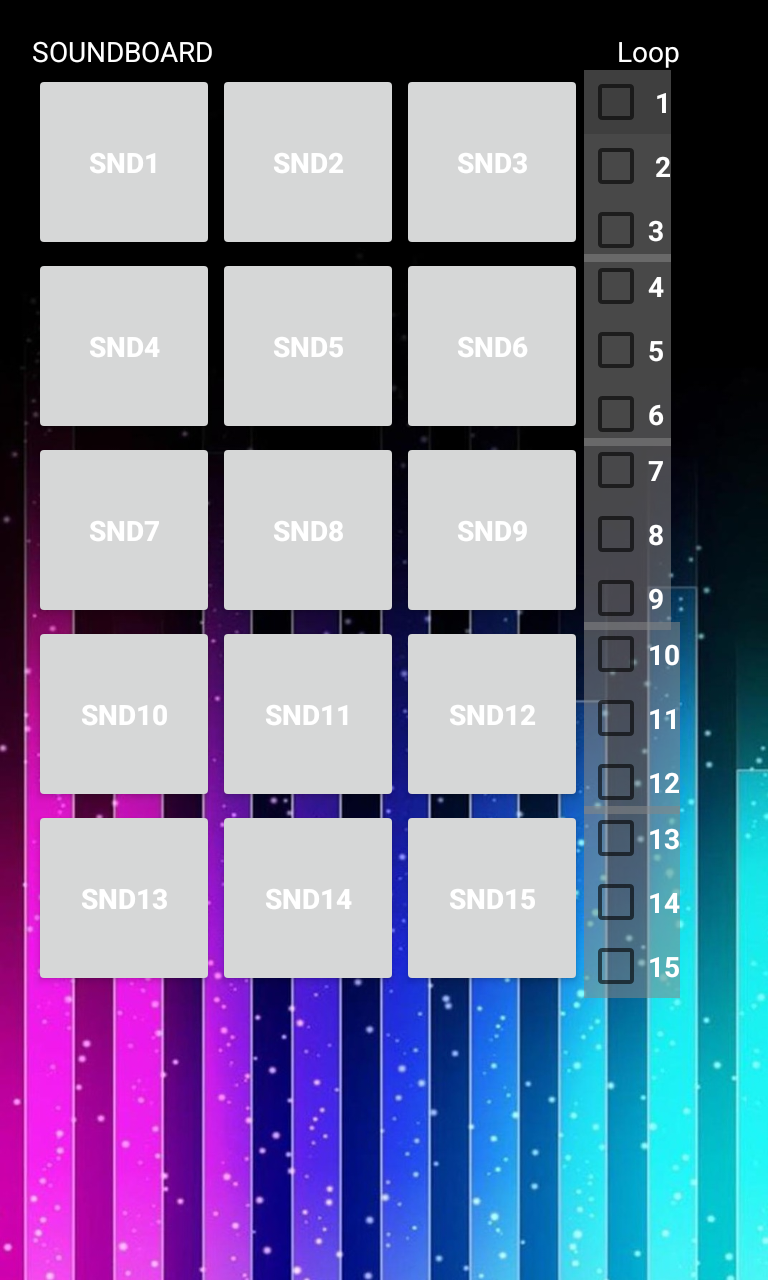
Repository: SoundBoardJAMJ/Project
Layout: workspace/SoundBoard/res/layout/defboard.xml
These files come from the project's save history. The layout is drawn as it stood at one moment and after the next save; the edit follows.
It is drawn on a 768 x 1280 px phone screen (xhdpi) without system bars, with theme AppTheme; the app's code is not run.

Above is the layout before, as saved 2014-05-02 07:28:21.

### workspace/SoundBoard/res/layout/defboard.xml
<ScrollView xmlns:android="http://schemas.android.com/apk/res/android"
xmlns:tools="http://schemas.android.com/tools"
android:layout_width="match_parent"
android:background="@drawable/image1"
android:layout_height="match_parent" >

<RelativeLayout
    android:layout_width="match_parent"
    android:layout_height="600dp"
    android:paddingBottom="@dimen/activity_vertical_margin"
    android:paddingLeft="@dimen/activity_horizontal_margin"
    android:paddingRight="@dimen/activity_horizontal_margin"
    android:paddingTop="@dimen/activity_vertical_margin"
    tools:context="com.example.soundtest.DefBoard$PlaceholderFragment" >

    <TextView
        android:id="@+id/textView1"
        android:layout_width="wrap_content"
        android:layout_height="wrap_content"
        android:textColor="@android:color/white"
        android:alpha="1.0"
        android:text="SOUNDBOARD" />

    <Button
        android:id="@+id/button1"
        android:layout_width="92dp"
        android:layout_height="92dp"
        android:layout_alignLeft="@+id/textView1"
        android:layout_below="@+id/textView1"
        android:onClick="ButtonOnClick"
        android:textColor="@android:color/white"
        android:alpha="1.0"
        android:textStyle="bold"
        android:text="snd1" />

    <Button
        android:id="@+id/button3"
        android:layout_width="92dp"
        android:layout_height="92dp"
        android:layout_alignBaseline="@+id/button2"
        android:layout_alignBottom="@+id/button2"
        android:layout_toRightOf="@+id/button2"
        android:onClick="ButtonOnClick"
        android:textColor="@android:color/white"
        android:alpha="1.0"
        android:textStyle="bold"
        android:text="snd3" />

    <Button
        android:id="@+id/button2"
        android:layout_width="92dp"
        android:layout_height="92dp"
        android:layout_alignBaseline="@+id/button1"
        android:layout_alignBottom="@+id/button1"
        android:layout_toRightOf="@+id/button1"
        android:onClick="ButtonOnClick"
        android:textColor="@android:color/white"
        android:alpha="1.0"
        android:textStyle="bold"
        android:text="snd2" />

    <Button
        android:id="@+id/button8"
        android:layout_width="92dp"
        android:layout_height="92dp"
        android:layout_alignBaseline="@+id/button7"
        android:layout_alignBottom="@+id/button7"
        android:layout_toRightOf="@+id/button4"
        android:onClick="ButtonOnClick"
        android:textColor="@android:color/white"
        android:alpha="1.0"
        android:textStyle="bold"
        android:text="snd8" />

    <Button
        android:id="@+id/button7"
        android:layout_width="92dp"
        android:layout_height="92dp"
        android:layout_below="@+id/button4"
        android:layout_toLeftOf="@+id/button8"
        android:onClick="ButtonOnClick"
        android:textColor="@android:color/white"
        android:alpha="1.0"
        android:textStyle="bold"
        android:text="snd7" />

    <Button
        android:id="@+id/button6"
        android:layout_width="92dp"
        android:layout_height="92dp"
        android:layout_alignBaseline="@+id/button5"
        android:layout_alignBottom="@+id/button5"
        android:layout_toRightOf="@+id/button5"
        android:onClick="ButtonOnClick"
        android:textColor="@android:color/white"
        android:alpha="1.0"
        android:textStyle="bold"
        android:text="snd6" />

    <Button
        android:id="@+id/button9"
        android:layout_width="92dp"
        android:layout_height="92dp"
        android:layout_alignBaseline="@+id/button8"
        android:layout_alignBottom="@+id/button8"
        android:layout_alignLeft="@+id/button6"
        android:onClick="ButtonOnClick"
        android:textColor="@android:color/white"
        android:alpha="1.0"
        android:textStyle="bold"
        android:text="snd9" />

    <Button
        android:id="@+id/button5"
        android:layout_width="92dp"
        android:layout_height="92dp"
        android:layout_below="@+id/button1"
        android:layout_toRightOf="@+id/button1"
        android:onClick="ButtonOnClick"
        android:textColor="@android:color/white"
        android:alpha="1.0"
        android:textStyle="bold"
        android:text="snd5" />

    <Button
        android:id="@+id/button10"
        android:layout_width="92dp"
        android:layout_height="92dp"
        android:layout_alignParentLeft="true"
        android:layout_below="@+id/button7"
        android:onClick="ButtonOnClick"
        android:textColor="@android:color/white"
        android:alpha="1.0"
        android:textStyle="bold"
        android:text="snd10" />

    <Button
        android:id="@+id/button11"
        android:layout_width="92dp"
        android:layout_height="92dp"
        android:layout_alignBaseline="@+id/button10"
        android:layout_alignBottom="@+id/button10"
        android:layout_toRightOf="@+id/button10"
        android:onClick="ButtonOnClick"
        android:textColor="@android:color/white"
        android:alpha="1.0"
        android:textStyle="bold"
        android:text="snd11" />

    <Button
        android:id="@+id/button13"
        android:layout_width="92dp"
        android:layout_height="92dp"
        android:layout_alignParentLeft="true"
        android:layout_below="@+id/button10"
        android:onClick="ButtonOnClick"
        android:textColor="@android:color/white"
        android:alpha="1.0"
        android:textStyle="bold"
        android:text="snd13" />

    <Button
        android:id="@+id/button14"
        android:layout_width="92dp"
        android:layout_height="92dp"
        android:layout_below="@+id/button10"
        android:layout_toLeftOf="@+id/button12"
        android:alpha="1.0"
        android:onClick="ButtonOnClick"
        android:text="snd14"
        android:textColor="@android:color/white"
        android:textStyle="bold" />

    <Button
        android:id="@+id/button15"
        android:layout_width="92dp"
        android:layout_height="92dp"
        android:layout_below="@+id/button11"
        android:layout_toRightOf="@+id/button14"
        android:alpha="1.0"
        android:onClick="ButtonOnClick"
        android:text="snd15"
        android:textColor="@android:color/white"
        android:textStyle="bold" />

    <Button
        android:id="@+id/button12"
        android:layout_width="92dp"
        android:layout_height="92dp"
        android:layout_below="@+id/button8"
        android:layout_toRightOf="@+id/button11"
        android:onClick="ButtonOnClick"
        android:textColor="@android:color/white"
        android:alpha="1.0"
        android:textStyle="bold"
        android:text="snd12" />

    <Button
        android:id="@+id/button4"
        android:layout_width="92dp"
        android:layout_height="92dp"
        android:layout_alignBaseline="@+id/button5"
        android:layout_alignBottom="@+id/button5"
        android:layout_toLeftOf="@+id/button5"
        android:onClick="ButtonOnClick"
        android:textColor="@android:color/white"
        android:alpha="1.0"
        android:textStyle="bold"
        android:text="snd4" />

    <CheckBox
        android:id="@+id/checkBox1"
        android:layout_width="wrap_content"
        android:layout_height="wrap_content"
        android:layout_alignTop="@+id/button3"
        android:layout_toRightOf="@+id/button3"
        android:alpha="1.0"
        android:onClick="TogOnClick"
        android:text=" 1"
        android:background="#88777777"
        android:textColor="@android:color/white"
        android:textStyle="bold" />

    <CheckBox
        android:id="@+id/checkBox2"
        android:layout_width="wrap_content"
        android:layout_height="wrap_content"
        android:layout_below="@+id/checkBox1"
        android:layout_toRightOf="@+id/button3"
        android:onClick="TogOnClick"
        android:textColor="@android:color/white"
        android:alpha="1.0"
        android:textStyle="bold"
        android:background="#88888888"
        android:text=" 2" />

    <CheckBox
        android:id="@+id/checkBox3"
        android:layout_width="wrap_content"
        android:layout_height="wrap_content"
        android:layout_alignLeft="@+id/checkBox2"
        android:layout_below="@+id/checkBox2"
        android:onClick="TogOnClick"
        android:textColor="@android:color/white"
        android:alpha="1.0"
        android:textStyle="bold"
        android:background="#88888888"
        android:text="3 " />

    <CheckBox
        android:id="@+id/checkBox4"
        android:layout_width="wrap_content"
        android:layout_height="wrap_content"
        android:layout_alignTop="@+id/button6"
        android:layout_toRightOf="@+id/button6"
        android:onClick="TogOnClick"
        android:textColor="@android:color/white"
        android:alpha="1.0"
        android:textStyle="bold"
        android:background="#88888888"
        android:text="4 " />

    <CheckBox
        android:id="@+id/checkBox5"
        android:layout_width="wrap_content"
        android:layout_height="wrap_content"
        android:layout_below="@+id/checkBox4"
        android:layout_toRightOf="@+id/button6"
        android:onClick="TogOnClick"
        android:textColor="@android:color/white"
        android:alpha="1.0"
        android:textStyle="bold"
        android:background="#88888888"
        android:text="5 " />

    <CheckBox
        android:id="@+id/checkBox6"
        android:layout_width="wrap_content"
        android:layout_height="wrap_content"
        android:layout_below="@+id/checkBox5"
        android:layout_toRightOf="@+id/button6"
        android:onClick="TogOnClick"
        android:textColor="@android:color/white"
        android:alpha="1.0"
        android:background="#88888888"
        android:textStyle="bold"
        android:text="6 " />

    <CheckBox
        android:id="@+id/checkBox7"
        android:layout_width="wrap_content"
        android:layout_height="wrap_content"
        android:layout_alignTop="@+id/button9"
        android:layout_toRightOf="@+id/button9"
        android:onClick="TogOnClick"
        android:textColor="@android:color/white"
        android:alpha="1.0"
        android:textStyle="bold"
        android:background="#88888888"
        android:text="7 " />

    <CheckBox
        android:id="@+id/checkBox8"
        android:layout_width="wrap_content"
        android:layout_height="wrap_content"
        android:layout_below="@+id/checkBox7"
        android:layout_toRightOf="@+id/button9"
        android:onClick="TogOnClick"
        android:textColor="@android:color/white"
        android:alpha="1.0"
        android:textStyle="bold"
        android:background="#88888888"
        android:text="8 " />

    <CheckBox
        android:id="@+id/checkBox9"
        android:layout_width="wrap_content"
        android:layout_height="wrap_content"
        android:layout_below="@+id/checkBox8"
        android:layout_toRightOf="@+id/button9"
        android:onClick="TogOnClick"
        android:textColor="@android:color/white"
        android:alpha="1.0"
        android:textStyle="bold"
        android:background="#88888888"
        android:text="9 " />

    <CheckBox
        android:id="@+id/checkBox10"
        android:layout_width="wrap_content"
        android:layout_height="wrap_content"
        android:layout_alignTop="@+id/button12"
        android:layout_toRightOf="@+id/button12"
        android:onClick="TogOnClick"
        android:textColor="@android:color/white"
        android:alpha="1.0"
        android:textStyle="bold"
        android:background="#88888888"
        android:text="10" />

    <CheckBox
        android:id="@+id/checkBox11"
        android:layout_width="wrap_content"
        android:layout_height="wrap_content"
        android:layout_below="@+id/checkBox10"
        android:layout_toRightOf="@+id/button12"
        android:onClick="TogOnClick"
        android:textColor="@android:color/white"
        android:alpha="1.0"
        android:textStyle="bold"
        android:background="#88888888"
        android:text="11" />

    <CheckBox
        android:id="@+id/checkBox12"
        android:layout_width="wrap_content"
        android:layout_height="wrap_content"
        android:layout_alignLeft="@+id/checkBox11"
        android:layout_below="@+id/checkBox11"
        android:onClick="TogOnClick"
        android:textColor="@android:color/white"
        android:alpha="1.0"
        android:textStyle="bold"
        android:background="#88888888"
        android:text="12" />

    <CheckBox
        android:id="@+id/checkBox13"
        android:layout_width="wrap_content"
        android:layout_height="wrap_content"
        android:layout_alignTop="@+id/button15"
        android:layout_toRightOf="@+id/button15"
        android:onClick="TogOnClick"
        android:textColor="@android:color/white"
        android:alpha="1.0"
        android:textStyle="bold"
        android:background="#88888888"
        android:text="13" />

    <CheckBox
        android:id="@+id/checkBox14"
        android:layout_width="wrap_content"
        android:layout_height="wrap_content"
        android:layout_below="@+id/checkBox13"
        android:layout_toRightOf="@+id/button15"
        android:onClick="TogOnClick"
        android:textColor="@android:color/white"
        android:alpha="1.0"
        android:background="#88888888"
        android:textStyle="bold"
        android:text="14" />

    <CheckBox
        android:id="@+id/checkBox15"
        android:layout_width="wrap_content"
        android:layout_height="wrap_content"
        android:layout_below="@+id/checkBox14"
        android:layout_toRightOf="@+id/button15"
        android:onClick="TogOnClick"
        android:textColor="@android:color/white"
        android:alpha="1.0"
        android:textStyle="bold"
        android:background="#88888888"
        android:text="15" />

    <TextView
        android:id="@+id/textView2"
        android:layout_width="wrap_content"
        android:layout_height="wrap_content"
        android:layout_alignBottom="@+id/textView1"
        android:layout_alignRight="@+id/checkBox10"
        android:textColor="@android:color/white"
        android:alpha="1.0"
        android:text="Loop" />

</RelativeLayout>
</ScrollView>

Loaded but not shown: workspace/SoundBoard/res/values/styles.xml (common file); workspace/SoundBoard/res/values-v11/styles.xml (common file); workspace/SoundBoard/res/values-v14/styles.xml (common file); workspace/SoundBoard/res/values/dimens.xml (common file); workspace/SoundBoard/res/values-w820dp/dimens.xml (common file)

After the next save:
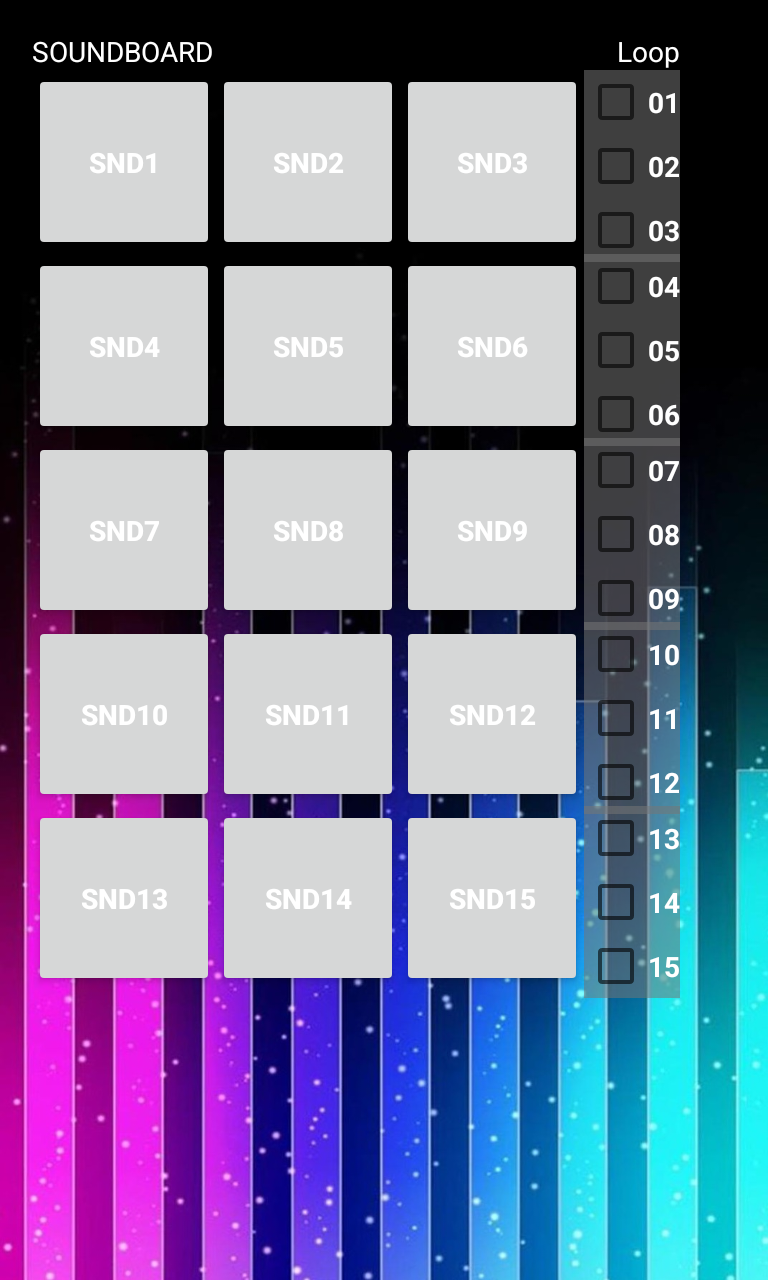
Saved 81 s later.
--- a/workspace/SoundBoard/res/layout/defboard.xml
+++ b/workspace/SoundBoard/res/layout/defboard.xml
@@ -216,7 +216,7 @@ android:layout_height="match_parent" >
         android:layout_toRightOf="@+id/button3"
         android:alpha="1.0"
         android:onClick="TogOnClick"
-        android:text=" 1"
+        android:text="01"
         android:background="#88777777"
         android:textColor="@android:color/white"
         android:textStyle="bold" />
@@ -231,8 +231,8 @@ android:layout_height="match_parent" >
         android:textColor="@android:color/white"
         android:alpha="1.0"
         android:textStyle="bold"
-        android:background="#88888888"
-        android:text=" 2" />
+        android:background="#88777777"
+        android:text="02" />
 
     <CheckBox
         android:id="@+id/checkBox3"
@@ -244,8 +244,8 @@ android:layout_height="match_parent" >
         android:textColor="@android:color/white"
         android:alpha="1.0"
         android:textStyle="bold"
-        android:background="#88888888"
-        android:text="3 " />
+        android:background="#88777777"
+        android:text="03" />
 
     <CheckBox
         android:id="@+id/checkBox4"
@@ -257,8 +257,8 @@ android:layout_height="match_parent" >
         android:textColor="@android:color/white"
         android:alpha="1.0"
         android:textStyle="bold"
-        android:background="#88888888"
-        android:text="4 " />
+        android:background="#88777777"
+        android:text="04" />
 
     <CheckBox
         android:id="@+id/checkBox5"
@@ -270,8 +270,8 @@ android:layout_height="match_parent" >
         android:textColor="@android:color/white"
         android:alpha="1.0"
         android:textStyle="bold"
-        android:background="#88888888"
-        android:text="5 " />
+        android:background="#88777777"
+        android:text="05" />
 
     <CheckBox
         android:id="@+id/checkBox6"
@@ -282,9 +282,9 @@ android:layout_height="match_parent" >
         android:onClick="TogOnClick"
         android:textColor="@android:color/white"
         android:alpha="1.0"
-        android:background="#88888888"
-        android:textStyle="bold"
-        android:text="6 " />
+        android:background="#88777777"
+        android:textStyle="bold"
+        android:text="06" />
 
     <CheckBox
         android:id="@+id/checkBox7"
@@ -296,8 +296,8 @@ android:layout_height="match_parent" >
         android:textColor="@android:color/white"
         android:alpha="1.0"
         android:textStyle="bold"
-        android:background="#88888888"
-        android:text="7 " />
+        android:background="#88777777"
+        android:text="07" />
 
     <CheckBox
         android:id="@+id/checkBox8"
@@ -309,8 +309,8 @@ android:layout_height="match_parent" >
         android:textColor="@android:color/white"
         android:alpha="1.0"
         android:textStyle="bold"
-        android:background="#88888888"
-        android:text="8 " />
+        android:background="#88777777"
+        android:text="08" />
 
     <CheckBox
         android:id="@+id/checkBox9"
@@ -322,8 +322,8 @@ android:layout_height="match_parent" >
         android:textColor="@android:color/white"
         android:alpha="1.0"
         android:textStyle="bold"
-        android:background="#88888888"
-        android:text="9 " />
+        android:background="#88777777"
+        android:text="09" />
 
     <CheckBox
         android:id="@+id/checkBox10"
@@ -335,7 +335,7 @@ android:layout_height="match_parent" >
         android:textColor="@android:color/white"
         android:alpha="1.0"
         android:textStyle="bold"
-        android:background="#88888888"
+        android:background="#88777777"
         android:text="10" />
 
     <CheckBox
@@ -348,7 +348,7 @@ android:layout_height="match_parent" >
         android:textColor="@android:color/white"
         android:alpha="1.0"
         android:textStyle="bold"
-        android:background="#88888888"
+        android:background="#88777777"
         android:text="11" />
 
     <CheckBox
@@ -361,7 +361,7 @@ android:layout_height="match_parent" >
         android:textColor="@android:color/white"
         android:alpha="1.0"
         android:textStyle="bold"
-        android:background="#88888888"
+        android:background="#88777777"
         android:text="12" />
 
     <CheckBox
@@ -374,7 +374,7 @@ android:layout_height="match_parent" >
         android:textColor="@android:color/white"
         android:alpha="1.0"
         android:textStyle="bold"
-        android:background="#88888888"
+        android:background="#88777777"
         android:text="13" />
 
     <CheckBox
@@ -386,7 +386,7 @@ android:layout_height="match_parent" >
         android:onClick="TogOnClick"
         android:textColor="@android:color/white"
         android:alpha="1.0"
-        android:background="#88888888"
+        android:background="#88777777"
         android:textStyle="bold"
         android:text="14" />
 
@@ -400,7 +400,7 @@ android:layout_height="match_parent" >
         android:textColor="@android:color/white"
         android:alpha="1.0"
         android:textStyle="bold"
-        android:background="#88888888"
+        android:background="#88777777"
         android:text="15" />
 
     <TextView
